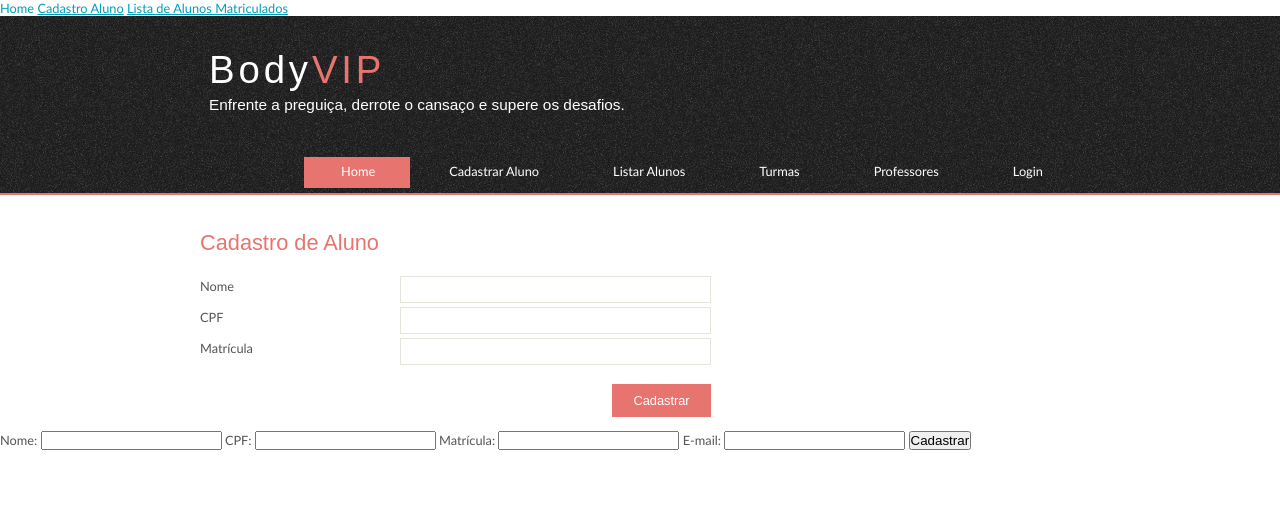
Repository: Thais-Ferreira/Projeto_bodyVIP
Page: http://localhost/BodyVIP/AlunoController?acao=cadastro
An editor plug-in stored every save of this project. The page is shown before and after the next save, followed by the edit.
The browser window is 1280 px wide. The pictures show the whole page.
The page is served by Tomcat 9. Other server files are loaded and not shown.

Above is the page before, as saved 2017-06-19 00:09:41.

### BodyVIP/WebContent/cadastro.jsp
<%@ page language="java" contentType="text/html; charset=ISO-8859-1"
    pageEncoding="ISO-8859-1"%>
<!DOCTYPE html PUBLIC "-//W3C//DTD HTML 4.01 Transitional//EN" "http://www.w3.org/TR/html4/loose.dtd">
<html>
<head>
	<meta http-equiv="Content-Type" content="text/html; charset=ISO-8859-1">
	<link rel="stylesheet" type="text/css" href="css/style.css" />
	<title>Cadastro</title>
</head>
<body>
	<jsp:include page="cabecalho.jsp"></jsp:include>
	<div id="main">
    <div id="header">
      <div id="logo">
        <div id="logo_text">
          <!-- class="logo_colour", allows you to change the colour of the text -->
          <h1><a href="index.html">Body<span class="logo_colour">VIP</span></a></h1>
          <h2>Enfrente a preguiça, derrote o cansaço e supere os desafios.</h2>
        </div>
      </div>
      <div id="menubar">
        <ul id="menu">
          <!-- put class="selected" in the li tag for the selected page - to highlight which page you're on -->
          <li class="selected"><a href="index.html">Home</a></li>
          <li><a href="AlunoController?acao=cadastro">Cadastrar Aluno</a></li>
          <li><a href="AlunoController?acao=buscaLista">Listar Alunos</a></li>
          <li><a href="page.html">Turmas</a></li>
          <li><a href="another_page.html">Professores</a></li>
          <li><a href="contact.html">Login</a></li>
        </ul>
      </div>
    </div>
    <div id="content_header"></div>
    <div id="site_content">
    <h1>Cadastro de Aluno</h1>
    <div class="form_settings">
    	<form action="SalvoCadastro.jsp" method="post">
            <p><span>Nome</span><input class="contact" type="text" name="nome"/></p>
            <p><span>CPF</span><input class="contact" type="text" name="cpf"/></p>
            <p><span>Matrícula</span><input class="contact" type="text" name="matricula"/></p>
            <p style="padding-top: 15px"><span>&nbsp;</span><input class="submit" type="submit" name="enviar" value="Cadastrar" /></p>
          </form>
    </div>
    </div>
	<form action="SalvoCadastro.jsp" method="post">
		<label>Nome:</label>
		<input type="text" name="nome">
		<label>CPF:</label>
		<input type="text" name="cpf">
		<label>Matrícula:</label>
		<input type="text" name="matricula">
		<label>E-mail:</label>
		<input type ="text" name="email">
		<input type="submit" value="Cadastrar">
	</form>
</body>
</html>

### BodyVIP/WebContent/cabecalho.jsp
<%@ page language="java" contentType="text/html; charset=ISO-8859-1"
    pageEncoding="ISO-8859-1"%>
<!DOCTYPE html PUBLIC "-//W3C//DTD HTML 4.01 Transitional//EN" "http://www.w3.org/TR/html4/loose.dtd">
<html>
<head>
<meta http-equiv="Content-Type" content="text/html; charset=ISO-8859-1">
<title>Cabeçalho</title>
</head>
<body>
	<a href="home.jsp">Home</a>
	<a href="AlunoController?acao=cadastro">Cadastro Aluno</a>
	<a href="AlunoController?acao=buscaLista">Lista de Alunos Matriculados</a>
</body>
</html>

### BodyVIP/src/br/com/body/controller/AlunoController.java
package br.com.body.controller;

import java.io.IOException;
import java.io.PrintWriter;
import java.util.List;

import javax.servlet.RequestDispatcher;
import javax.servlet.ServletException;
import javax.servlet.annotation.WebServlet;
import javax.servlet.http.HttpServlet;
import javax.servlet.http.HttpServletRequest;
import javax.servlet.http.HttpServletResponse;

import br.com.body.entidade.Aluno;
import br.com.body.jdbc.AlunoDAO;

/**
 * Servlet implementation class AlunoController
 */
@WebServlet("/AlunoController")
public class AlunoController extends HttpServlet {
	private static final long serialVersionUID = 1L;

    /**
     * @see HttpServlet#HttpServlet()
     */
    public AlunoController() {
        super();
        // TODO Auto-generated constructor stub
    }

	/**
	 * @see HttpServlet#doGet(HttpServletRequest request, HttpServletResponse response)
	 */
	protected void doGet(HttpServletRequest request, HttpServletResponse response) throws ServletException, IOException {

		Aluno aluno = new Aluno();
		String acao = request.getParameter("acao");
		AlunoDAO alunoDAO = new AlunoDAO();

		if(acao != null && acao.equals("buscaLista")) {
			List<Aluno> listaAlunos = alunoDAO.buscaListaAlunos(aluno);

			request.setAttribute("listaAlunos", listaAlunos);
			RequestDispatcher destino = request.getRequestDispatcher("listaAlunos.jsp");
			destino.forward(request, response);

		} else if(acao != null && acao.equals("deletaCadastro")) {
			String matricula = request.getParameter("matricula");
			aluno.setMatricula(matricula);
			alunoDAO.deletaCadastroAluno(aluno);

			response.sendRedirect("AlunoController?acao=buscaLista");

		} else if(acao != null && acao.endsWith("alteraCadastro")) {
			String matricula = request.getParameter("matricula");
			Aluno alu = alunoDAO.buscaAluno(matricula);
			request.setAttribute("alu", alu);
			request.getRequestDispatcher("AlterarCadastro.jsp").forward(request, response);

		} else if(acao != null && acao.endsWith("cadastro")) {
			RequestDispatcher destino = request.getRequestDispatcher("cadastro.jsp");
			destino.forward(request, response);
		}

	}

	/**
	 * @see HttpServlet#doPost(HttpServletRequest request, HttpServletResponse response)
	 */
	protected void doPost(HttpServletRequest request, HttpServletResponse response) throws ServletException, IOException {
		//capturando parâmetros da tela
		String nome = request.getParameter("nome");
		String matricula = request.getParameter("matricula");
		String email = request.getParameter("email");

		//criando objeto aluno e atribuindo valores da tela
		Aluno aluno = new Aluno();
		aluno.setNome(nome);
		aluno.setEmail(email);
		aluno.setMatricula(matricula);

		//criando um alunoDAO
		AlunoDAO alunoDAO = new AlunoDAO();

		//salvando no banco de dados
		alunoDAO.alteraCadastroAluno(aluno);
		//PrintWriter out = response.getWriter();
		//out.println("Salvo!");
		response.sendRedirect("AlunoController?acao=buscaLista");
	}

}

### BodyVIP/src/br/com/body/entidade/Aluno.java
package br.com.body.entidade;

import java.sql.Date;

/**
 * Classe que representa um aluno.
 *
 * @author Thaís
 *
 */
public class Aluno {

	private Integer id;
	private String nome;
	private String cpf;
	private String matricula;
	private String email;
	private Date dataMatricula;

	public Integer getId() {
		return id;
	}

	public void setId(Integer id) {
		this.id = id;
	}

	public String getNome() {
		return nome;
	}

	public void setNome(String nome) {
		this.nome = nome;
	}

	public String getCpf() {
		return cpf;
	}

	public void setCpf(String cpf) {
		this.cpf = cpf;
	}
	public String getMatricula() {
		return matricula;
	}

	public void setMatricula(String matricula) {
		this.matricula = matricula;
	}

	public String getEmail() {
		return email;
	}

	public void setEmail(String email) {
		this.email = email;
	}

	public Date getDataMatricula() {
		return dataMatricula;
	}

	public void setDataMatricula(Date dataMatricula) {
		this.dataMatricula = dataMatricula;
	}


}

### BodyVIP/src/br/com/body/jdbc/AlunoDAO.java
package br.com.body.jdbc;

import java.sql.Connection;
import java.sql.PreparedStatement;
import java.sql.ResultSet;
import java.sql.SQLException;
import java.util.ArrayList;
import java.util.List;

import br.com.body.entidade.Aluno;

/**
 * Classe responsável por cadastrar, excluir, alterar e mostrar os dados de alunos através
 * de uma connexão com o banco de dados.
 *
 * @author Thaís
 *
 */
public class AlunoDAO {

	private Connection conexao = Conexao.getConnection();

	/**
	 * Método que cadastra um aluno no banco de dados.
	 */
	public void cadastroAluno(Aluno aluno) {

		String sql = "INSERT INTO aluno (nome,cpf,matricula,email,datamatricula) VALUES (?,?,?,?,?)";

		try {
			PreparedStatement preparador = conexao.prepareStatement(sql);

			preparador.setString(1, aluno.getNome());
			preparador.setString(2, aluno.getCpf());
			preparador.setString(3, aluno.getMatricula());
			preparador.setString(4, aluno.getEmail());
			preparador.setDate(5, aluno.getDataMatricula());

			preparador.execute();
			preparador.close();

			System.out.println("Aluno cadastrado com sucesso!");
		} catch (SQLException e) {
			System.out.println("Erro - " + e.getMessage());
		}

	}

	/**
	 * Método que altera o cadastro de um aluno no banco de dados.
	 */
	public void alteraCadastroAluno(Aluno aluno) {

		String sql = "UPDATE aluno SET nome = ?, email = ? WHERE matricula = ?";

		try {
			PreparedStatement preparador = conexao.prepareStatement(sql);

			preparador.setString(1, aluno.getNome());
			preparador.setString(2, aluno.getEmail());
			preparador.setString(3, aluno.getMatricula());

			preparador.execute();
			preparador.close();

			System.out.println("Cadastro alterado com sucesso!");
		} catch (SQLException e) {
			System.out.println("Erro - " + e.getMessage());
		}

	}

	/**
	 * Método que deleta o cadastro de um aluno do banco de dados.
	 */
	public void deletaCadastroAluno(Aluno aluno) {

		String sql = "DELETE FROM aluno WHERE matricula = ?";

		try {
			PreparedStatement preparador = conexao.prepareStatement(sql);

			preparador.setString(1, aluno.getMatricula());


			preparador.execute();
			preparador.close();

			System.out.println("Cadastro deletado com sucesso!");
		} catch (SQLException e) {
			System.out.println("Erro - " + e.getMessage());
		}

	}

	/**
	 * Método que retorna uma lista com os alunos cadastrados no banco de dados.
	 */
	public List<Aluno> buscaListaAlunos(Aluno aluno) {

		String sql = "SELECT * FROM aluno";
		List<Aluno> listaAlunos = new ArrayList<>();

		try {
			PreparedStatement preparador = conexao.prepareStatement(sql);
			ResultSet resultados = preparador.executeQuery();

			while(resultados.next()) {
				Aluno alu = new Aluno();
				alu.setId(resultados.getInt("id"));
				alu.setNome(resultados.getString("nome"));
				alu.setCpf(resultados.getString("cpf"));
				alu.setMatricula(resultados.getString("matricula"));
				alu.setEmail(resultados.getString("email"));
				alu.setDataMatricula(resultados.getDate("datamatricula"));

				listaAlunos.add(alu);

			}
		} catch (SQLException e) {
			System.out.println("Erro - " + e.getMessage());
		}

		return listaAlunos;

	}

	public Aluno buscaAluno(String matricula) {
		Aluno aluno = null;
		String sql = "SELECT * FROM aluno WHERE matricula = ?";

		try {
			PreparedStatement preparador = conexao.prepareStatement(sql);
			preparador.setString(1, matricula);

			ResultSet resultado = preparador.executeQuery();
			if(resultado.next()) {
				aluno = new Aluno();
				aluno.setId(resultado.getInt("id"));
				aluno.setNome(resultado.getString("nome"));
				aluno.setCpf(resultado.getString("cpf"));
				aluno.setMatricula(resultado.getString("matricula"));
				aluno.setEmail(resultado.getString("email"));
			}
			System.out.println("Aluno encontrado com sucesso!");
		} catch (SQLException e) {
			System.out.println("Erro - " + e.getMessage());
		}

		return aluno;
	}

}

### BodyVIP/src/br/com/body/jdbc/Conexao.java
package br.com.body.jdbc;

import java.sql.Connection;
import java.sql.DriverManager;
import java.sql.SQLException;

/**
 * Classe que estabelece a conexão com o banco de dados.
 *
 * @author Thaís
 *
 */
public class Conexao {

	/**
	 * Método que retorna uma conexão com o banco de dados.
	 */
	public static Connection getConnection() {

		 Connection conexao = null;

		 try {
			Class.forName("org.postgresql.Driver");
			conexao = DriverManager.getConnection("jdbc:postgresql://localhost:5432/BodyVIP","postgres","k0rr4");
			System.out.println("Conectado com sucesso!");
		} catch (SQLException e) {
			System.out.println("Erro - Conexão " + e.getMessage());
		} catch (ClassNotFoundException e) {
			System.out.println("Erro - Driver " + e.getMessage());
		}

		 return conexao;

	}

}

### BodyVIP/WebContent/css/style.css
@CHARSET "ISO-8859-1";

html
{ height: 100%;}

*
{ margin: 0;
  padding: 0;}

body
{ font: normal .80em 'trebuchet ms', arial, sans-serif;
  background: #FFF;
  color: #555;}

p
{ padding: 0 0 20px 0;
  line-height: 1.7em;}

img
{ border: 0;}

h1, h2, h3, h4, h5, h6
{ color: #E7746F;
  letter-spacing: 0em;
  padding: 0 0 5px 0;}

h1, h2, h3
{ font: normal 170% 'century gothic', arial;
  margin: 0 0 15px 0;
  padding: 15px 0 5px 0;}

h2
{ font-size: 160%;
  padding: 9px 0 5px 0;}

h3
{ font-size: 140%;
  padding: 5px 0 0 0;}

h4, h6
{ color: #009FBC;
  padding: 0 0 5px 0;
  font: normal 110% arial;
  text-transform: uppercase;}

h5, h6
{ color: #888;
  font: normal 95% arial;
  letter-spacing: normal;
  padding: 0 0 15px 0;}

a, a:hover
{ outline: none;
  text-decoration: underline;
  color: #009FBC;}

a:hover
{ text-decoration: none;}

blockquote
{ margin: 20px 0;
  padding: 10px 20px 0 20px;
  border: 1px solid #E5E5DB;
  background: #FFF;}

ul
{ margin: 2px 0 22px 17px;}

ul li
{ list-style-type: circle;
  margin: 0 0 6px 0;
  padding: 0 0 4px 5px;
  line-height: 1.5em;}

ol
{ margin: 8px 0 22px 20px;}

ol li
{ margin: 0 0 11px 0;}

.left
{ float: left;
  width: auto;
  margin-right: 10px;}

.right
{ float: right;
  width: auto;
  margin-left: 10px;}

.center
{ display: block;
  text-align: center;
  margin: 20px auto;}

#main, #logo, #menubar, #site_content, #footer
{ margin-left: auto;
  margin-right: auto;}

#header
{ background: #1d1d1d url(../imagens/pattern.png) repeat;
  border-bottom: 2px solid #E7746F;
  height: 177px;}

#banner
{ background: transparent url(../imagens/banner.jpg) no-repeat;
  width: 870px;
  height: 180px;
  margin-bottom: 20px;
  border: 5px solid #E7746F;}

#logo
{ width: 880px;
  position: relative;
  height: 140px;
  background: transparent;}

#logo #logo_text
{ position: absolute;
  top: 10px;
  left: 0;}

#logo h1, #logo h2
{ font: normal 300% 'century gothic', arial, sans-serif;
  border-bottom: 0;
  text-transform: none;
  margin: 0 0 0 9px;}

#logo_text h1, #logo_text h1 a, #logo_text h1 a:hover
{ padding: 22px 0 0 0;
  color: #FFF;
  letter-spacing: 0.1em;
  text-decoration: none;}

#logo_text h1 a .logo_colour
{ color: #E7746F;}

#logo_text a:hover .logo_colour
{ color: #FFF;}

#logo_text h2
{ font-size: 120%;
  padding: 4px 0 0 0;
  color: #FFF;}

#menubar
{ width: 880px;
  height: 46px;}

ul#menu
{ float: right;
  margin: 0;}

ul#menu li
{ float: left;
  padding: 0 0 0 9px;
  list-style: none;
  margin: 1px 2px 0 0;
  background: transparent;}

ul#menu li a
{ font: normal 100% 'trebuchet ms', sans-serif;
  display: block;
  float: left;
  height: 20px;
  padding: 6px 35px 5px 28px;
  text-align: center;
  color: #FFF;
  text-decoration: none;
  background: transparent;}

ul#menu li.selected a
{ height: 20px;
  padding: 6px 35px 5px 28px;}

ul#menu li.selected
{ margin: 1px 2px 0 0;
  background: #E7746F;}

ul#menu li.selected a, ul#menu li.selected a:hover
{ background: #E7746F;
  color: #FFF;}

ul#menu li a:hover
{ color: #FFF;
  background: #E7746F;}

#site_content
{ width: 880px;
  overflow: hidden;
  margin: 20px auto 0 auto;
  padding: 0 0 10px 0;}

#sidebar_container
{ float: right;
  width: 224px;}

.sidebar_top
{ width: 222px;
  height: 14px;
  background: transparent url(../imagens/side_top.png) no-repeat;}

.sidebar_base
{ width: 222px;
  height: 14px;
  background: url(../imagens/side_base.png) no-repeat;}

.sidebar
{ float: right;
  width: 222px;
  padding: 0;
  margin: 0 0 16px 0;}

.sidebar_item
{ background: url(../imagens/side_back.png) repeat-y;
  padding: 0 15px;
  width: 192px;}

.sidebar li a.selected
{ color: #444;}

.sidebar ul
{ margin: 0;}

#content
{ text-align: left;
  width: 620px;
  padding: 0 0 0 5px;
  float: left;}

#content ul
{ margin: 2px 0 22px 0px;}

#content ul li, .sidebar ul li
{ list-style-type: none;
  background: url(../imagens/bullet.png) no-repeat;
  margin: 0 0 0 0;
  padding: 0 0 4px 25px;
  line-height: 1.5em;}

#footer
{ width: 100%;
  font-family: 'trebuchet ms', sans-serif;
  font-size: 100%;
  height: 80px;
  padding: 28px 0 5px 0;
  text-align: center;
  background: transparent url(../imagens/pattern.png) repeat;
  border-top: 2px solid #E7746F;
  color: #FFF;}

#footer p
{ line-height: 1.7em;
  padding: 0 0 10px 0;}

#footer a
{ color: #E7746F;
  text-decoration: none;}

#footer a:hover
{ color: #FFF;
  text-decoration: none;}

.search
{ color: #5D5D5D;
  border: 1px solid #BBB;
  width: 134px;
  padding: 4px;
  font: 100% arial, sans-serif;}

.form_settings
{ margin: 15px 0 0 0;}

.form_settings p
{ padding: 0 0 4px 0;}

.form_settings span
{ float: left;
  width: 200px;
  text-align: left;}

.form_settings input, .form_settings textarea
{ padding: 5px;
  width: 299px;
  font: 100% arial;
  border: 1px solid #E5E5DB;
  background: #FFF;
  color: #47433F;}

.form_settings .submit
{ font: 100% arial;
  border: 0;
  width: 99px;
  margin: 0 0 0 212px;
  height: 33px;
  padding: 2px 0 3px 0;
  cursor: pointer;
  background: #E7746F;
  color: #FFF;}

.form_settings textarea, .form_settings select
{ font: 100% arial;
  width: 299px;}

.form_settings select
{ width: 310px;}

.form_settings .checkbox
{ margin: 4px 0;
  padding: 0;
  width: 14px;
  border: 0;
  background: none;}

.separator
{ width: 100%;
  height: 0;
  border-top: 1px solid #D9D5CF;
  border-bottom: 1px solid #FFF;
  margin: 0 0 20px 0;}

table
{ margin: 10px 0 30px 0;}

table tr th, table tr td
{ background: #E7746F;
  color: #FFF;
  padding: 7px 4px;
  text-align: left;}

table tr td
{ background: #E5E5DB;
  color: #47433F;
  border-top: 1px solid #FFF;}

After the next save:
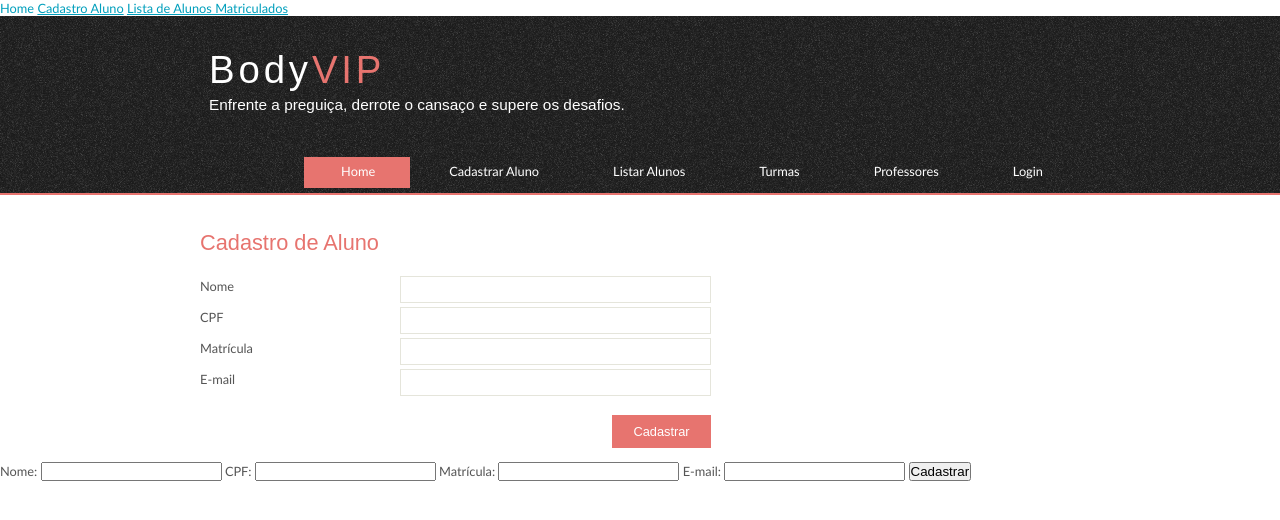
Saved 2 min 12 s later.
--- a/BodyVIP/WebContent/cadastro.jsp
+++ b/BodyVIP/WebContent/cadastro.jsp
@@ -38,8 +38,9 @@
             <p><span>Nome</span><input class="contact" type="text" name="nome"/></p>
             <p><span>CPF</span><input class="contact" type="text" name="cpf"/></p>
             <p><span>Matrícula</span><input class="contact" type="text" name="matricula"/></p>
+            <p><span>E-mail</span><input class="contact" type="text" name="email"/></p>
             <p style="padding-top: 15px"><span>&nbsp;</span><input class="submit" type="submit" name="enviar" value="Cadastrar" /></p>
-          </form>
+         </form>
     </div>
     </div>
 	<form action="SalvoCadastro.jsp" method="post">
